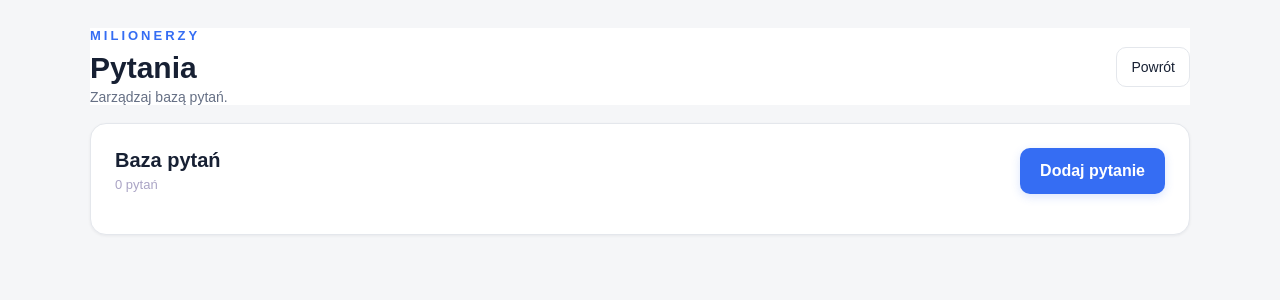
Repository: WaleonGames/HTGMilionerzy
Page: views/questions.html
The author's editor kept a copy of each file at every save. The page is drawn from the files as they stood at one save, then again after the next save.
The browser window is 1280 px wide. The pictures show the whole page.

Above is the page before, as saved 2026-09-05 15:37:26.
Console error: TypeError: Cannot read properties of undefined (reading 'questions')

After the next save:
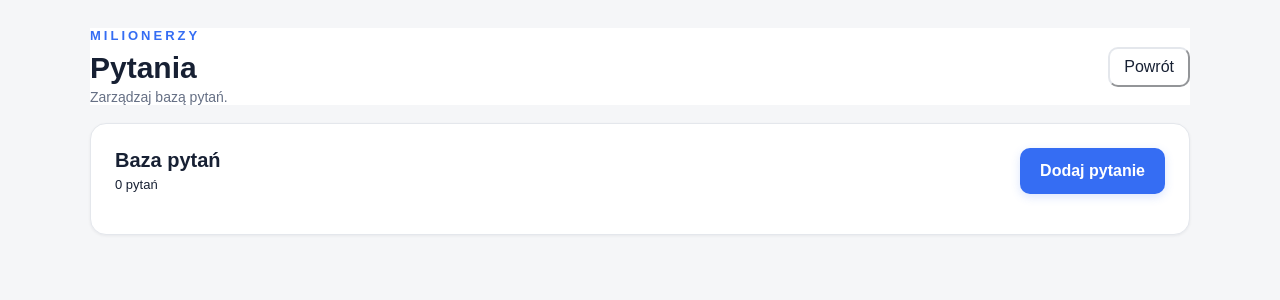
Saved 51 s later.
--- a/public/css/questions.css
+++ b/public/css/questions.css
@@ -13,29 +13,18 @@
 }
 
 .questions-header h1{
-  margin:4px 0 4px;
+  margin:4px 0;
   font-size:30px;
 }
 
 .questions-header p{
   font-size:14px;
-  color:#aaa4c5;
 }
 
 .back-button,
 .secondary-button{
   min-height:40px;
   padding:0 14px;
-  border:1px solid #37305f;
-  border-radius:8px;
-  background:#171331;
-  color:#fff;
-  font-size:14px;
-}
-
-.back-button:hover,
-.secondary-button:hover{
-  background:#211b42;
 }
 
 .list-header{
@@ -53,7 +42,6 @@
 
 .list-header span{
   font-size:13px;
-  color:#aaa4c5;
 }
 
 .questions-list{
@@ -64,9 +52,8 @@
 
 .question-card{
   padding:14px;
-  border:1px solid #302a55;
+  border:1px solid;
   border-radius:10px;
-  background:#0a081a;
 }
 
 .question-card-header{
@@ -86,15 +73,7 @@
   flex:0 0 auto;
   min-height:32px;
   padding:0 10px;
-  border:0;
-  border-radius:7px;
-  background:#401821;
-  color:#ff8794;
   font-size:13px;
-}
-
-.delete-button:hover{
-  background:#56202b;
 }
 
 .question-answers{
@@ -106,26 +85,17 @@
 .question-answer{
   padding:8px 10px;
   border-radius:7px;
-  background:#15112d;
-  color:#ccc7df;
   font-size:14px;
 }
 
 .question-answer strong{
   margin-right:4px;
-  color:#9284ff;
-}
-
-.question-answer.correct{
-  background:#123426;
-  color:#79e7ad;
 }
 
 .empty-state{
   padding:28px 16px;
-  border:1px dashed #37305f;
+  border:1px dashed;
   border-radius:10px;
-  color:#8e88a5;
   text-align:center;
   font-size:14px;
 }
@@ -138,7 +108,6 @@
   align-items:center;
   justify-content:center;
   padding:16px;
-  background:rgba(3,2,12,.78);
 }
 
 .modal-backdrop[hidden]{
@@ -150,9 +119,8 @@
   max-height:calc(100vh - 32px);
   overflow:auto;
   padding:18px;
-  border:1px solid #312b58;
+  border:1px solid;
   border-radius:13px;
-  background:#100d25;
 }
 
 .modal-header{
@@ -174,15 +142,7 @@
   justify-content:center;
   width:36px;
   height:36px;
-  border:1px solid #37305f;
-  border-radius:8px;
-  background:#171331;
-  color:#fff;
   font-size:22px;
-}
-
-.modal-close:hover{
-  background:#211b42;
 }
 
 .answers-grid{
@@ -197,9 +157,8 @@
   align-items:center;
   overflow:hidden;
   min-height:40px;
-  border:1px solid #37305f;
+  border:1px solid;
   border-radius:8px;
-  background:#0a081a;
 }
 
 .answer-field span{
@@ -208,8 +167,6 @@
   justify-content:center;
   align-self:stretch;
   width:40px;
-  background:#1a1636;
-  color:#9d8fff;
   font-size:13px;
   font-weight:700;
 }
